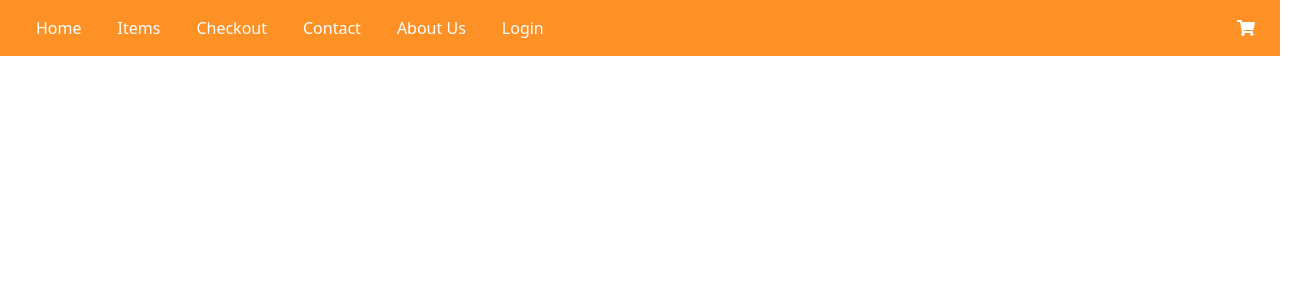
Repository: SaudCh/React-Ecommerce
Page: /login
The author's editor kept a copy of each file at every save. The page is drawn from the files as they stood at one save, then again after the next save.
The browser window is 1280 px wide. The page is 1280 px wide, then 1292 px, so the pictures cover 1292 px, including what lies to the right of the window. The pictures show the whole page.
The project was rebuilt for these pictures with package versions that can differ from the ones it lists, and the page was loaded fresh each time. Also part of the build but not shown: src/App.css.

Above is the page before, as saved 2021-12-05 12:31:07.

After the next save:
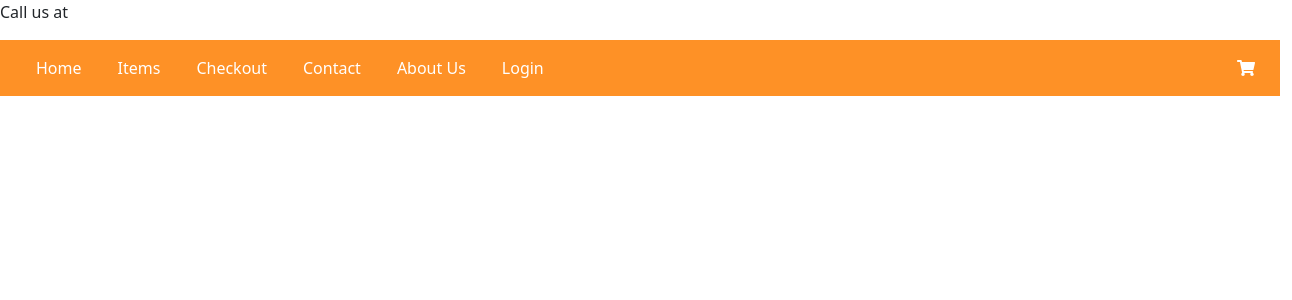
Saved 39 s later.
--- a/src/Header/Header.jsx
+++ b/src/Header/Header.jsx
@@ -9,7 +9,9 @@ export default function Header() {
     <div>
       <nav className="cotainer-fluid">
         <div className="row">
-          <div className="col-4"></div>
+          <div className="col-4">
+            <p>Call us at </p>
+          </div>
           <div className="col-4"></div>
           <div className="col-4"></div>
         </div>
